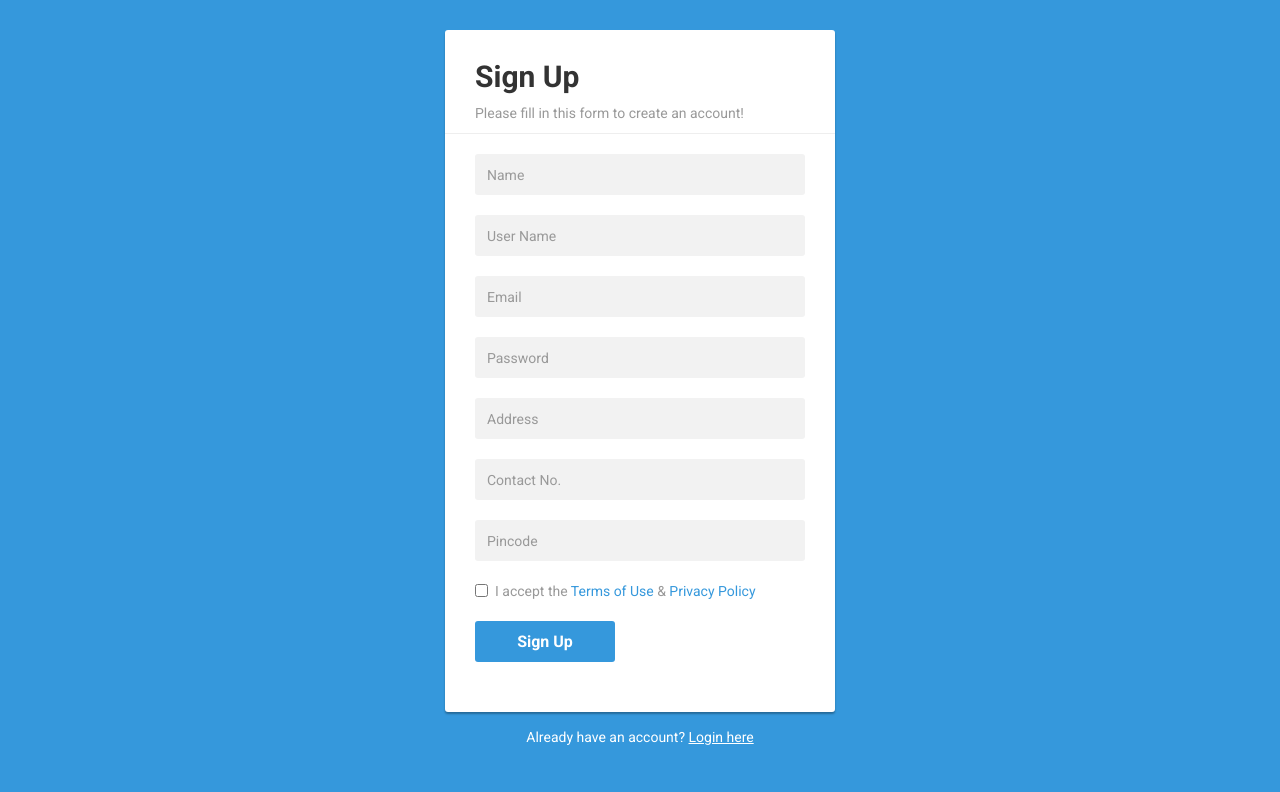
Repository: Rajat-Jain29/Java-Spring-Boot
Page: http://localhost/Registration/register.jsp
These files come from the project's save history. The page is drawn as it stood at one moment and after the next save; the edit follows.
The browser window is 1280 px wide. The pictures show the whole page.
The page is served by Tomcat 9. Other server files are loaded and not shown.

Above is the page before, as saved 2021-03-21 09:25:56.

### Registration/Registration/WebContent/register.jsp
<%@ page language="java" contentType="text/html; charset=ISO-8859-1"
    pageEncoding="ISO-8859-1"%>
<!DOCTYPE html PUBLIC "-//W3C//DTD HTML 4.01 Transitional//EN" "http://www.w3.org/TR/html4/loose.dtd">
<html lang="en">
<head>
<meta charset="utf-8">
<meta http-equiv="X-UA-Compatible" content="IE=edge">
<meta name="viewport" content="width=device-width, initial-scale=1">
<link href="https://fonts.googleapis.com/css?family=Roboto:400,700" rel="stylesheet">
<title>SIGN UP FORM</title>
<link rel="stylesheet" href="https://maxcdn.bootstrapcdn.com/bootstrap/3.3.7/css/bootstrap.min.css">
<script src="https://ajax.googleapis.com/ajax/libs/jquery/1.12.4/jquery.min.js"></script>
<script src="https://maxcdn.bootstrapcdn.com/bootstrap/3.3.7/js/bootstrap.min.js"></script>
<style>
	body {
		color: #fff;
		background: #3598dc;
		font-family: 'Roboto', sans-serif;
	}
    .form-control{
		height: 41px;
		background: #f2f2f2;
		box-shadow: none !important;
		border: none;
	}
	.form-control:focus{
		background: #e2e2e2;
	}
    .form-control, .btn{
        border-radius: 3px;
    }
	.signup-form{
		width: 390px;
		margin: 30px auto;
	}
	.signup-form form{
		color: #999;
		border-radius: 3px;
    	margin-bottom: 15px;
        background: #fff;
        box-shadow: 0px 2px 2px rgba(0, 0, 0, 0.3);
        padding: 30px;
    }
	.signup-form h2 {
		color: #333;
		font-weight: bold;
        margin-top: 0;
    }
    .signup-form hr {
        margin: 0 -30px 20px;
    }
	.signup-form .form-group{
		margin-bottom: 20px;
	}
	.signup-form input[type="checkbox"]{
		margin-top: 3px;
	}
	.signup-form .row div:first-child{
		padding-right: 10px;
	}
	.signup-form .row div:last-child{
		padding-left: 10px;
	}
    .signup-form .btn{
        font-size: 16px;
        font-weight: bold;
		background: #3598dc;
		border: none;
		min-width: 140px;
    }
	.signup-form .btn:hover, .signup-form .btn:focus{
		background: #2389cd !important;
        outline: none;
	}
    .signup-form a{
		color: #fff;
		text-decoration: underline;
	}
	.signup-form a:hover{
		text-decoration: none;
	}
	.signup-form form a{
		color: #3598dc;
		text-decoration: none;
	}
	.signup-form form a:hover{
		text-decoration: underline;
	}
    .signup-form .hint-text {
		padding-bottom: 15px;
		text-align: center;
    }
</style>
</head>
<body>
<div class="signup-form">
    <form action="/examples/actions/confirmation.php" method="post">
		<h2>Sign Up</h2>
		<p>Please fill in this form to create an account!</p>
		<hr>
        <div class="form-group">

				<input type="text" class="form-control" name="Name" placeholder="Name" required="required">


        </div>
          <div class="form-group">

				<input type="text" class="form-control" name="username" placeholder="User Name" required="required">


        </div>


        <div class="form-group">
        	<input type="email" class="form-control" name="email" placeholder="Email" required="required">
        </div>
		<div class="form-group">
            <input type="password" class="form-control" name="password" placeholder="Password" required="required">
        </div>



		  <div class="form-group">

				<input type="text" class="form-control" name="address" placeholder="Address" required="required">


        </div>

          <div class="form-group">

				<input type="text" class="form-control" name="phone" placeholder="Contact No." required="required">


        </div>

          <div class="form-group">

				<input type="text" class="form-control" name="Pincode" placeholder="Pincode" required="required">


        </div>

        <div class="form-group">
			<label class="checkbox-inline"><input type="checkbox" required="required"> I accept the <a href="#">Terms of Use</a> &amp; <a href="#">Privacy Policy</a></label>
		</div>
		<div class="form-group">
            <button type="submit" class="btn btn-primary btn-lg">Sign Up</button>
        </div>
    </form>
	<div class="hint-text">Already have an account? <a href="#">Login here</a></div>
</div>
</body>
</html>

After the next save:
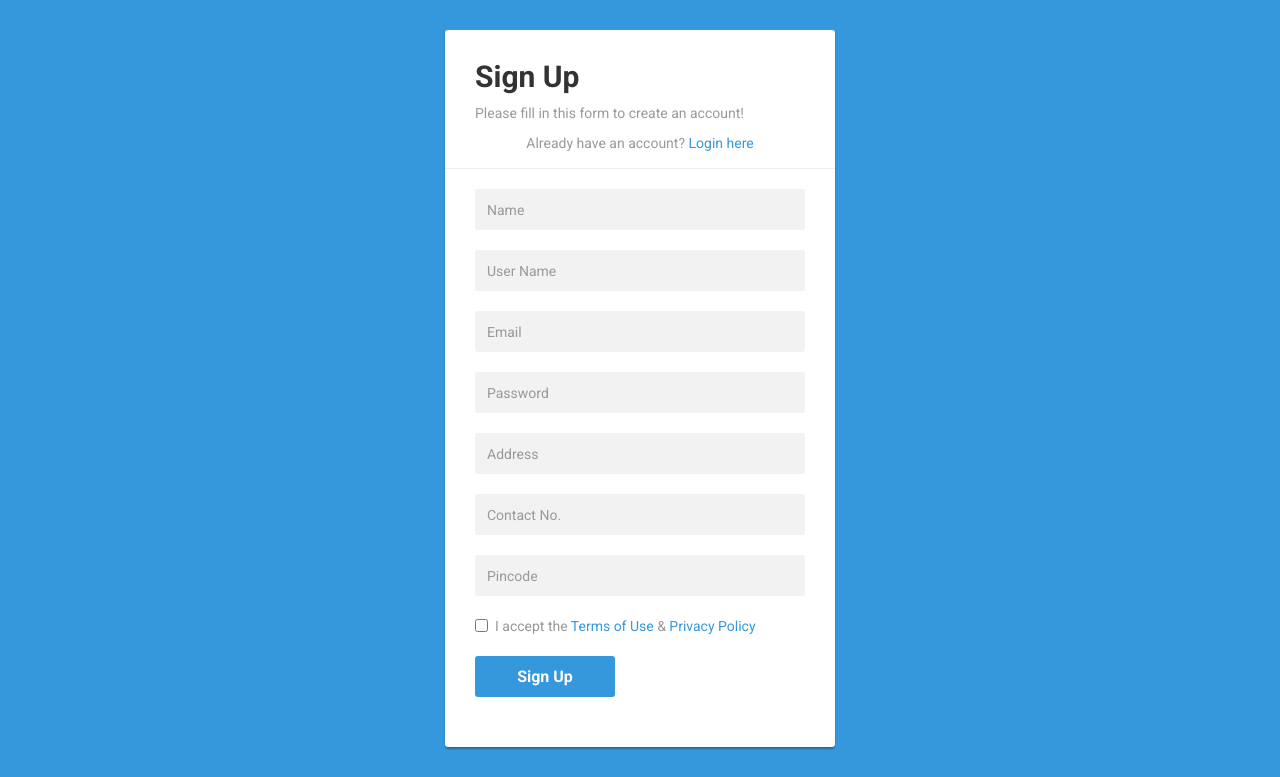
Saved 29 s later.
--- a/Registration/Registration/WebContent/register.jsp
+++ b/Registration/Registration/WebContent/register.jsp
@@ -97,6 +97,7 @@
     <form action="/examples/actions/confirmation.php" method="post">
 		<h2>Sign Up</h2>
 		<p>Please fill in this form to create an account!</p>
+		<div class="hint-text">Already have an account? <a href="#">Login here</a></div>
 		<hr>
         <div class="form-group">
 
@@ -149,7 +150,7 @@
             <button type="submit" class="btn btn-primary btn-lg">Sign Up</button>
         </div>
     </form>
-	<div class="hint-text">Already have an account? <a href="#">Login here</a></div>
+
 </div>
 </body>
 </html>

After the save that followed:
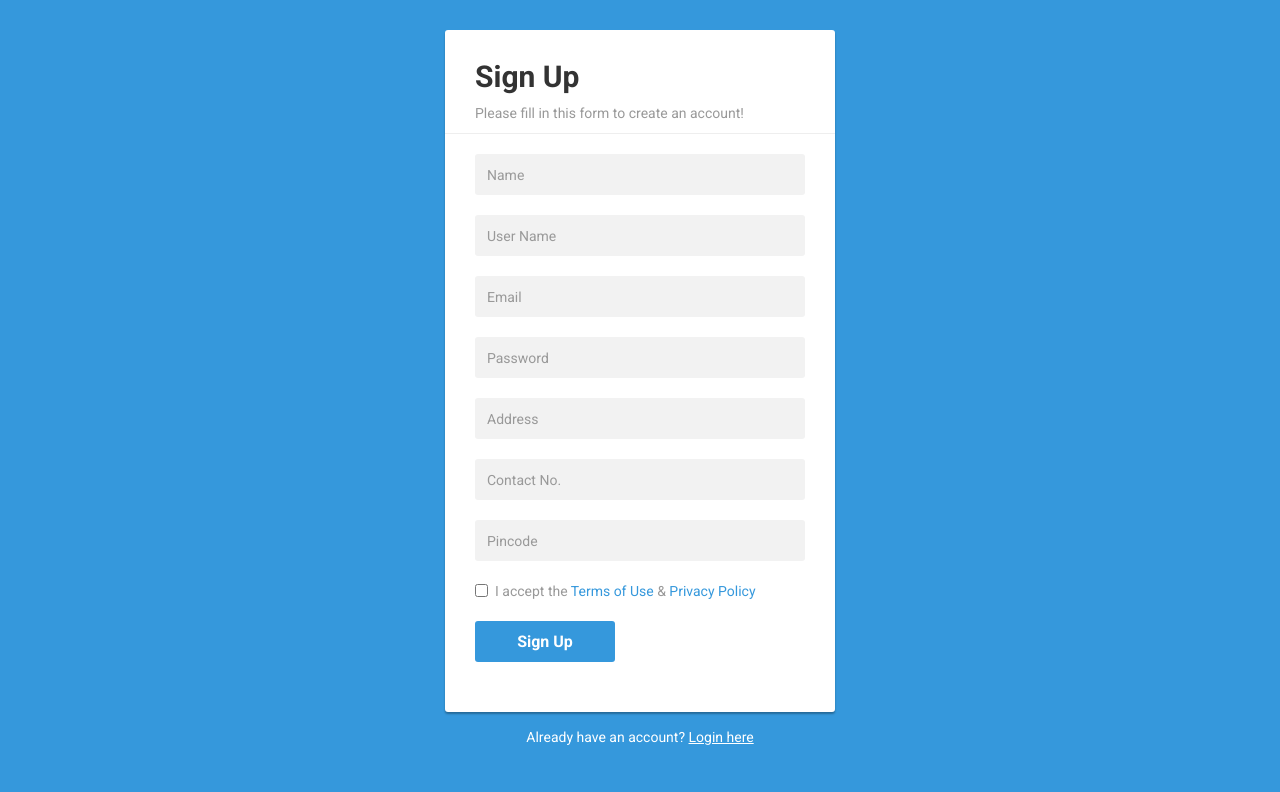
Saved 22 s later.
--- a/Registration/Registration/WebContent/register.jsp
+++ b/Registration/Registration/WebContent/register.jsp
@@ -97,7 +97,7 @@
     <form action="/examples/actions/confirmation.php" method="post">
 		<h2>Sign Up</h2>
 		<p>Please fill in this form to create an account!</p>
-		<div class="hint-text">Already have an account? <a href="#">Login here</a></div>
+
 		<hr>
         <div class="form-group">
 
@@ -150,6 +150,7 @@
             <button type="submit" class="btn btn-primary btn-lg">Sign Up</button>
         </div>
     </form>
+    <div class="hint-text">Already have an account? <a href="#">Login here</a></div>
 
 </div>
 </body>
